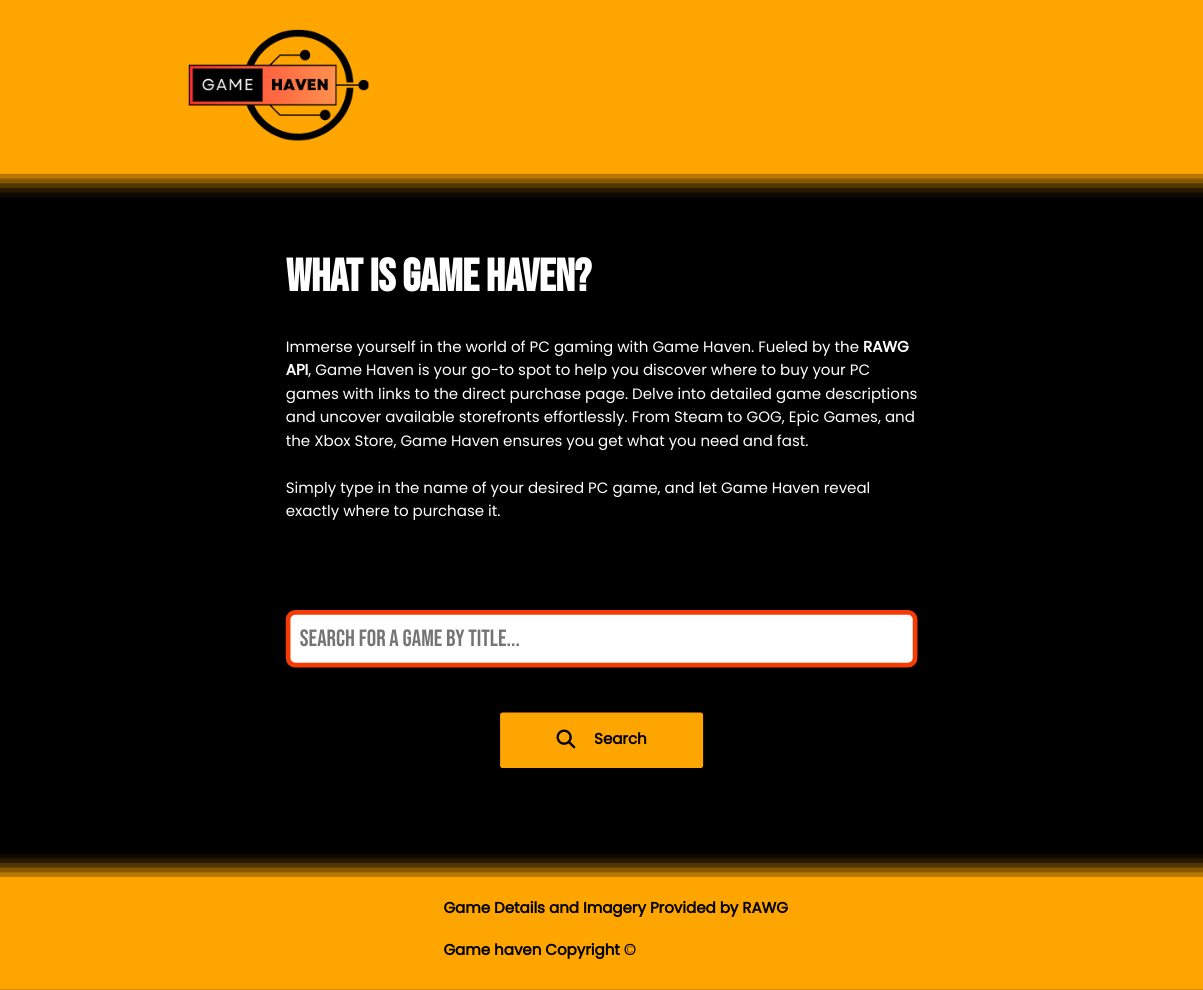
Repository: Steakfries101/Game-Haven
Page: index.html
The author's editor kept a copy of each file at every save. The page is drawn from the files as they stood at one save, then again after the next save.
The browser window is 1280 px wide. The pictures show the whole page, at 94% of full size.
Some web libraries are served in a nearby version.

Above is the page before, as saved 2024-03-01 16:01:05.

### index.html
<!DOCTYPE html>
<html lang="en">

<head>
    <link rel="preconnect" href="https://fonts.googleapis.com">
    <link rel="preconnect" href="https://fonts.gstatic.com" crossorigin>
    <link href="https://fonts.googleapis.com/css2?family=Bebas+Neue&display=swap" rel="stylesheet">
    <link rel="preconnect" href="https://fonts.googleapis.com">
    <link rel="preconnect" href="https://fonts.gstatic.com" crossorigin>
    <link href="https://fonts.googleapis.com/css2?family=Poppins&display=swap" rel="stylesheet">
    <script src="https://kit.fontawesome.com/a00487040a.js" crossorigin="anonymous"></script>
    <meta charset="UTF-8">
    <meta name="viewport" content="width=device-width, initial-scale=1.0">
    <link rel="stylesheet" href="styles.css">

    <title>Game Haven</title>
    <link id="favicon" rel="icon" href="assets/Asset-2.ico" type="image/png" sizes="32*32">
</head>

<body>
    <div class="wrapper">
        <div id="top-bar">
            <img src="/assets/game-haven-logo.png" id="logo" alt="Gamehaven Logo">
        </div>
        <div class=site-body>
            <div class=intro>
                <h1>What is Game Haven?</h1>
                <p>Immerse yourself in the world of PC gaming with Game Haven. Fueled by the <strong>RAWG API</strong>,
                    Game Haven is your go-to spot to help you discover where to buy your PC games with links to the
                    direct purchase page.
                    Delve into detailed game descriptions and uncover available storefronts effortlessly. From Steam to
                    GOG, Epic Games, and the Xbox Store, Game Haven ensures you get what you need and fast. <br>
                    <br>Simply type in the name of your desired PC game, and let Game Haven reveal
                    exactly where to purchase it.
                </p>
            </div>
            <h2>Search</h2>
            <form class="search-container" id="noRefreshForm">
                <div class="form-container">
                    <div class="input-container">
                        <input type="search" class="search-bar" id="search-bar"
                            placeholder="Search for a game by title...">
                        <label for="search-bar">Example Label:</label>
                    </div>
                    <div class="button-container">
                        <button type="submit" class="search-button" id="search-submit">
                            <i class="fa-solid fa-magnifying-glass fa-lg" id="search-icon"></i>Search
                        </button>
                    </div>
                </div>
            </form>
        </div>
        <ul class="game-list">
        </ul>
    </div>
    <footer id="footer">
        <div id="copyright">
            <h3>Game Details and Imagery Provided by RAWG</h3>
            <h3>Game haven Copyright ©</h3>
        </div>
    </footer>
</body>
<script type="module" src="script.js"></script>

</html>

### styles.css
/* GLOBAL STYLINGS html*/
#logo {
  width: 45%;
  /* padding-left: 200px; */
}

#top-bar {
  text-align: left;
}

p {
  font-family: "Poppins", sans-serif;
}

h2 {
  color: black;
  text-align: center;
  /* font-family: */
  font-family: "Bebas Neue", sans-serif;
  letter-spacing: 1.4px;
  font-size: 3rem;
}

h1 {
  font-family: "Bebas Neue", sans-serif;
  font-size: 3rem;
}

.search-container {
  padding-bottom: 100px;
}

#search-bar {
  width: 100%;
  padding: 10px;
  border: #f43c04 solid 5px;
  border-radius: 10px;
  font-size: 25px;
  font-family: "Bebas Neue", sans-serif;
}

#search-submit {
  outline: none;
  cursor: pointer;
  font-weight: 600;
  border-radius: 3px;
  padding: 20px 60px;
  border: 0;
  color: black;
  background: orange;
  line-height: 1.15;
  font-size: 16px;
  font-family: "poppins", sans-serif;
  margin-top: 30px;
}

#search-submit:hover {
  transition: all 0.1s ease;
  box-shadow: 0 0 0 0 #fff, 0 0 0 3px white;
  font-size: 18px;
}

.search-display {
  color: white;
  text-align: center;
  padding: 45px;
  font-size: 3rem;
}

.input-container {
  width: 75%;
  margin: auto;
}

.button-container {
  width: 75%;
  margin-top: 30px;
  text-align: center;
  margin: auto;
}

#search-icon {
  margin-right: 20px;
  transition: color 0.1s linear;
}

#search-submit:hover #search-icon {
  size: 23px;
  color: red;
}

/*CSS responsible for keeping footer at bottom*/
body,
html {
  height: 100%;
  margin: 0;
}

body {
  background-color: black;
}

.wrapper {
  display: flex;
  flex-direction: column;
  min-height: 100%;
}

#footer {
  flex-shrink: 0;
  background-color: Orange;
  padding-bottom: 20px;
  height: 100px;
  width: 100%;
  display: flex;
  align-content: center;
  justify-content: center;
  box-shadow: rgba(255, 165, 0, 0.4) 0px -5px, rgba(255, 165, 0, 0.3) 0px -10px, rgba(255, 165, 0, 0.2) 0px -15px, rgba(255, 165, 0, 0.1) 0px -20px,
    rgba(255, 165, 0, 0.05) 0px -25px;
}

#footer h3 {
  /* align-self: flex-end; */
  /* align-self: flex-end; */
  margin-top: 20px;
  margin-right: 20px;
  font-size: 1rem;
  font-family: "poppins", sans-serif;
}

#copyright {
  /* width: 50%; */
  padding-left: 50px;
}

.site-body {
  max-width: 70%;
}

/*Read more and Read less button stylings */
.read-more,
.read-less {
  display: block;
  background-color: black;
  border-radius: 6px;
  box-shadow: rgba(0, 0, 0, 0.1) 0 2px 4px;
  color: #ffffff;
  cursor: pointer;
  height: 40px;
  text-align: center;
  margin: auto;
  width: 25%;
  z-index: 9;
  border: 0;
  transition: box-shadow 0.2s, font-size 0.2s, width 0.2s, height 0.2s;
}

.intro {
  width: 75%;
  display: block;
  margin: auto;
  padding-top: 50px;

  color: white;
}

.read-more:hover,
.read-less:hover {
  box-shadow: rgba(0, 0, 0, 0.25) 0px 54px 55px, rgba(0, 0, 0, 0.12) 0px -12px 30px, rgba(0, 0, 0, 0.12) 0px 4px 6px,
    rgba(0, 0, 0, 0.17) 0px 12px 13px, rgba(0, 0, 0, 0.09) 0px -3px 5px;
  height: 42px;
  width: 26%;
  font-size: 0.9rem;
}

/* CSS */

.store-fronts h4 {
  font-family: "Poppins", sans-serif;
  display: none;
}

/*TOP BAR STYLINGS  */
#top-bar {
  background-color: Orange;
  text-align: center;
  box-shadow: rgba(255, 165, 0, 0.4) 0px 5px, rgba(255, 165, 0, 0.3) 0px 10px, rgba(255, 165, 0, 0.2) 0px 15px, rgba(255, 165, 0, 0.1) 0px 20px,
    rgba(255, 165, 0, 0.05) 0px 25px;
}

li img {
  text-align: center;
}

/*Storefront CSS (Store logos and links)*/

.store-fronts img {
  padding-right: 10px;
  width: 67px;
}

.store-fronts {
  /* display:flex;   */
  text-align: center;
  /* flex-direction: column-reverse; */
}

/* Game infos related CSS */
.game-list {
  margin-left: -40px;
  background-color: #325bbc;

  /* background-color: #f43c04; */

  box-shadow: rgba(50, 91, 188, 0.4) 0px -5px 0px, rgba(50, 91, 188, 0.3) 0px -10px 0px, rgba(50, 91, 188, 0.2) 0px -15px 0px,
    rgba(50, 91, 188, 0.1) 0px -20px 0px, rgba(50, 91, 188, 0.05) 0px -25px 0px;
  margin-bottom: 0;
}

.game-data {
  display: flex;
  margin: auto;
  width: 86%;
  flex-direction: column;
  justify-content: space-around;
  align-items: center;
  background-color: orange;
  transition: border-left 200ms ease, border-right 200ms ease, box-shadow 200ms;
  background-color: orange;
  filter: brightness(100%);
  transition: filter 200ms linear;
  margin-bottom: 20px;
  box-shadow: rgba(0, 0, 0, 0.25) 0px 54px 55px, rgba(0, 0, 0, 0.12) 0px -12px 30px, rgba(0, 0, 0, 0.12) 0px 4px 6px,
    rgba(0, 0, 0, 0.17) 0px 12px 13px, rgba(0, 0, 0, 0.09) 0px -3px 5px;
  border-radius: 5px;
}

.game-cover {
  max-width: 90%;
  max-height: 399px;

  margin-bottom: 50px;
  margin-top: 50px;
  border-radius: 20px;
  box-shadow: rgba(0, 0, 0, 0.25) 0px 54px 55px, rgba(0, 0, 0, 0.12) 0px -12px 30px, rgba(0, 0, 0, 0.12) 0px 4px 6px,
    rgba(0, 0, 0, 0.17) 0px 12px 13px, rgba(0, 0, 0, 0.09) 0px -3px 5px;
}

.game-desc {
  color: black;
  max-width: 75%;
  font-size: 1.2rem;
  padding-bottom: 50px;
}

.description-container {
  margin-top: 20px;
  max-height: 506px;
  padding-bottom: 50px;
  overflow: hidden;
  overflow-y: auto;
}

.link-container {
  display: flex;
  justify-content: space-between;
}

.trailer-ost-links {
  /* background-color:blue; */
  /* padding:10px;*/
  /* border-radius: 10px;*/
  color: navy;
  font-size: 2rem;
  font-family: "Bebas Neue", sans-serif;

  /* transition: border-radius 0.2s linear; */
  /* margin-top: 0px;
  background-color: orangered; */
}
.clickables-container {
  display: flex;
  flex-direction: column-reverse;
  justify-content: space-between;
  flex-wrap: wrap-reverse;
}

/* LARGESCREEN MEDIA QUERIES*/
.form-container {
  align-items: center;
  display: flex;
  flex-direction: column;
  width: 100%;
}

@media only screen and (min-width: 1000px) {
  @media only screen and (min-width: 1000px) and (max-width: 1200px) {
    .clickables-container {
      flex-direction: column-reverse !important;
    }

    .link-container p {
      margin-top: 5px !important;
    }
  }
  #logo {
    width: 15%;
    /* padding-left: 200px; */
    margin-left: 200px;
  }

  #top-bar {
    text-align: left;
  }

  h2 {
    font-size: 1.7rem;
    text-align: left;
  }

  .game-data {
    flex-direction: row;
    justify-content: space-between;
    max-width: 85%;
    filter: brightness(85%);
  }

  .game-data:hover {
    filter: brightness(100%);
    box-shadow: rgba(0, 0, 0, 0.16) 0px 3px 6px, rgba(0, 0, 0, 0.23) 0px 3px 6px;
  }

  .game-desc {
    max-width: 40%;
    padding-right: 75px;
    font-size: 1rem;
    min-width: 15%;
    word-wrap: break-word;
    /* margin: 0 0 25px; */
    display: flex;
    flex-direction: column;
  }

  .defaultDesc {
    margin-right: 4%;
    margin-left: -50px;
    font-size: 1.5rem;
  }

  .game-cover {
    max-width: 40%;
    max-height: 399px;
    margin-left: 55px;
    border-radius: 20px;
    box-shadow: rgba(0, 0, 0, 0.25) 0px 54px 55px, rgba(0, 0, 0, 0.12) 0px -12px 30px, rgba(0, 0, 0, 0.12) 0px 4px 6px,
      rgba(0, 0, 0, 0.17) 0px 12px 13px, rgba(0, 0, 0, 0.09) 0px -3px 5px;
  }

  .store-fronts {
    display: flex;
    /* justify-content: space-between; */
    flex-direction: row-reverse;
    justify-content: start;
    /* flex: 0 0 80%; */
  }

  .link-container {
    justify-content: start;
    padding-top: 0px;
    padding-right: 20px;
    gap: 20px;
  }

  .trailer-ost-links {
    font-size: 1.7rem;
    height: 30px;
  }

  .trailer-ost-links:hover {
    cursor: pointer;
    border-bottom: 3px navy solid;
    padding-bottom: 0px;
  }

  .clickables-container p {
    margin-bottom: 0px;
    margin-top: 20px;
  }

  .clickables-container {
    flex-direction: row-reverse;
  }

  .store-fronts img {
    width: 50px;
    height: 50px;
    transition: width 100ms linear, height 100ms linear;
    margin-right: 10px;
  }

  .store-fronts img:hover {
    height: 47px;
    width: 47px;
  }

  .description-container {
    scrollbar-color: #d98c00 #f43c04;
    flex-direction: column !important;
    max-height: 256px;
    padding-right: 10px;
  }
  .site-body {
    display: flex;
    flex-direction: column;
    align-content: center;

    margin: auto;
  }
  .intro {
    margin: auto;
  }

  .input-container {
    margin: 0;
  }
}

### components/storeIconGenerator.js
//-----------------STORE FRONT LINKS + LOGO GENERATOR FUNCTIONS-----------------//
function createSteam(store, storeFronts) {
    const storeLink = document.createElement("a");
    const image = document.createElement("img");
    image.src = "assets/Steam_icon_logo.svg.png";
    image.alt = "Steam Logo";
    storeLink.appendChild(image);
    storeLink.href = store.url;
    storeFronts.appendChild(storeLink);
  }

  function createGOG(store, storeFronts) {
    const storeLink = document.createElement("a");
    const image = document.createElement("img");
    image.src = "assets/gog_icon_135545.png";
    image.alt = "GOG Logo";
    storeLink.appendChild(image);
    storeLink.href = store.url;
    storeFronts.appendChild(storeLink);
  }


  function createEpicGames(store, storeFronts) {
    const storeLink = document.createElement("a");
    const image = document.createElement("img");
    image.src = "assets/Epic_Games_logo.svg.png";
    image.alt = "Epic Games Logo";
    storeLink.appendChild(image);
    storeLink.href = store.url;
    storeFronts.appendChild(storeLink);
  }

  function createXboxStore(store, storeFronts) {
    const storeLink = document.createElement("a");
    const image = document.createElement("img");
    image.src = "assets/xbox.png";
    image.alt = "Xbox Logo";
    storeLink.append(image);
    storeLink.href = store.url;
    storeFronts.appendChild(storeLink);
  }

  export{createSteam,createGOG,createEpicGames,createXboxStore}

### components/gameTextButtonCreator.js
function textDecider(text, gameDesc, storeFronts, gameTitle) {
  const num = 250;

  const descriptionContainer = document.createElement("div");
  descriptionContainer.className = "description-container";

  if (text.length > num) {
    const part1 = text.slice(0, num);
    const part2 = text.slice(num);

    const part1Para = document.createElement("p");
    part1Para.innerHTML = `${part1}<strong>...</strong>`;
    gameDesc.appendChild(part1Para);

    const part2Para = document.createElement("p");
    part2Para.innerHTML = `${part1}${part2}`;
    part2Para.style.display = "none";
    gameDesc.appendChild(part2Para);

    descriptionContainer.appendChild(part1Para);
    descriptionContainer.appendChild(part2Para);
    gameTitle.appendChild(storeFronts);
    part2Para.scrollTop = 50;

    gameDesc.appendChild(descriptionContainer);
    const readMore = document.createElement("button");
    readMore.className = "read-more";
    readMore.textContent = "Read More";
    part1Para.appendChild(readMore);

    const readLess = document.createElement("button");
    readLess.className = "read-less";
    readLess.textContent = "Read Less";
    part2Para.appendChild(readLess);

    readMore.addEventListener("click", () => {
      part2Para.style.display = "block";
      part1Para.style.display = "none";
    });
    readLess.addEventListener("click", () => {
      part2Para.style.display = "none";
      part1Para.style.display = "block";
    });
  } else if (text.length < num) {
    const part1Para = document.createElement("p");
    part1Para.textContent = text;
    gameDesc.appendChild(part1Para);
    descriptionContainer.appendChild(part1Para);
    gameTitle.appendChild(storeFronts);
    gameDesc.appendChild(descriptionContainer);
  } else {
    const defaultDesc = document.createElement("p");
    defaultDesc.className = "defaultDesc";
    defaultDesc.textContent = "No game description found";
    gameInfo.appendChild(defaultDesc);
  }
}

export { textDecider };

Loaded but not shown: script.js (258 lines, source omitted)

After the next save:
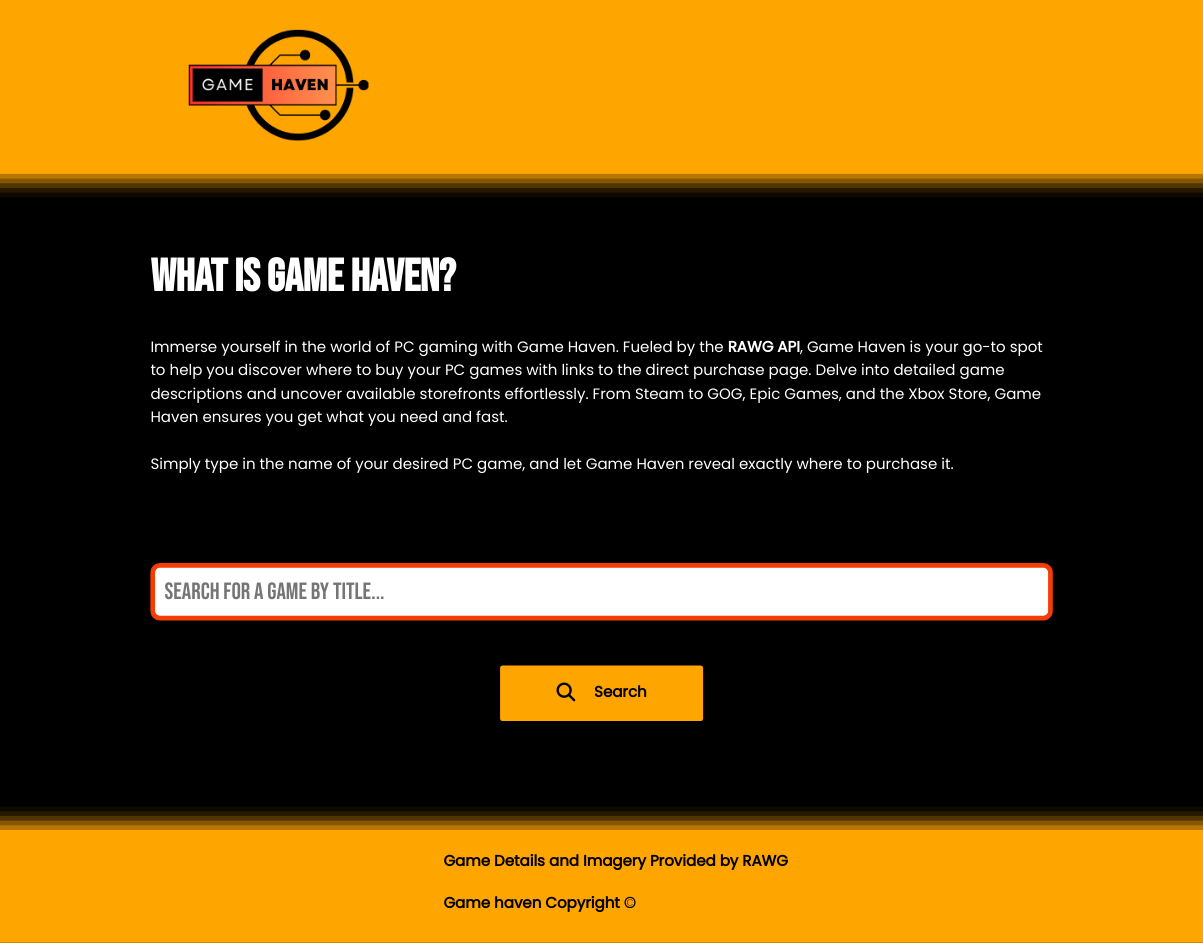
Saved 5 s later.
--- a/styles.css
+++ b/styles.css
@@ -133,9 +133,6 @@
   padding-left: 50px;
 }
 
-.site-body {
-  max-width: 70%;
-}
 
 /*Read more and Read less button stylings */
 .read-more,

After the save that followed:
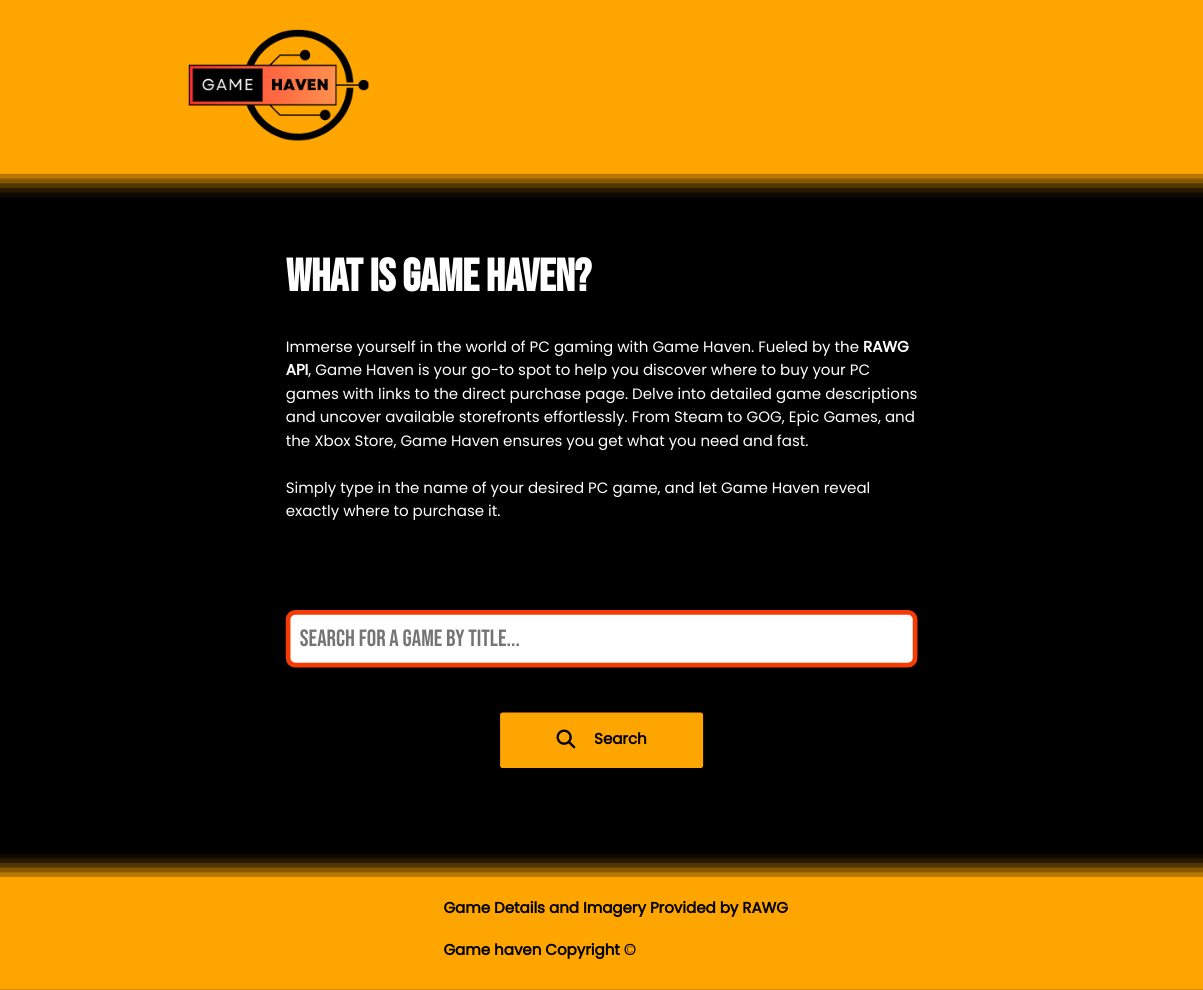
Saved 4 s later.
--- a/styles.css
+++ b/styles.css
@@ -132,7 +132,6 @@
   /* width: 50%; */
   padding-left: 50px;
 }
-
 
 /*Read more and Read less button stylings */
 .read-more,
@@ -420,4 +419,7 @@
   .input-container {
     margin: 0;
   }
-}
+  .site-body {
+    max-width: 70%;
+  }
+}
